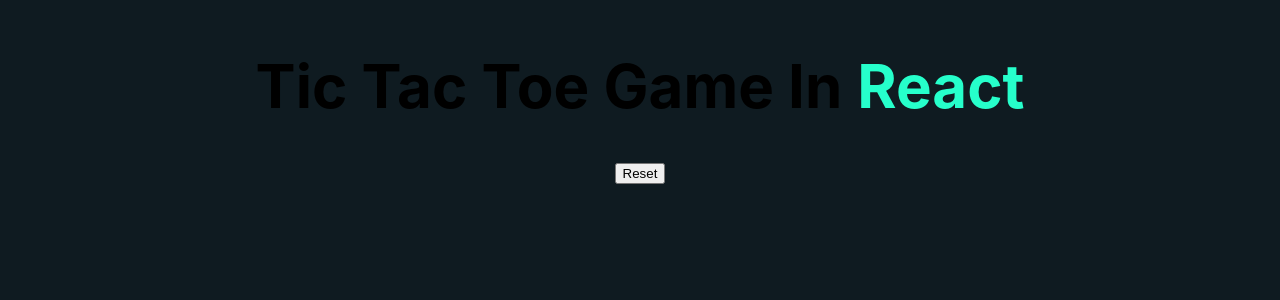
Repository: GigaByte6610/TicTacToe
Page: /
The author's editor kept a copy of each file at every save. The page is drawn from the files as they stood at one save, then again after the next save.
The browser window is 1280 px wide. The pictures show the whole page.
The project was rebuilt for these pictures with package versions that can differ from the ones it lists, and the page was loaded fresh each time. Also part of the build but not shown: src/App.css.

Above is the page before, as saved 2025-01-31 12:40:05.

After the next save:
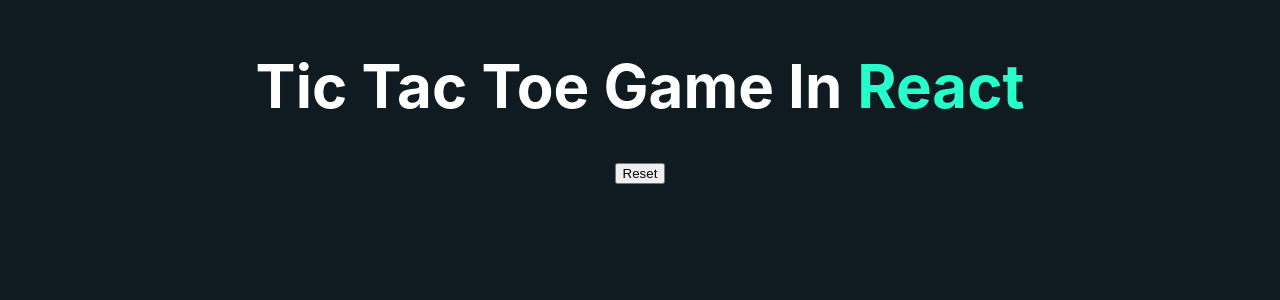
Saved 13 s later.
--- a/src/Components/TicTacToe/TicTacToe.css
+++ b/src/Components/TicTacToe/TicTacToe.css
@@ -4,7 +4,7 @@
 
 .title {
     margin-top: 50px;
-    text: white;
+    color: white;
     font-size: 60px;
     display: flex;
     justify-content: center;
